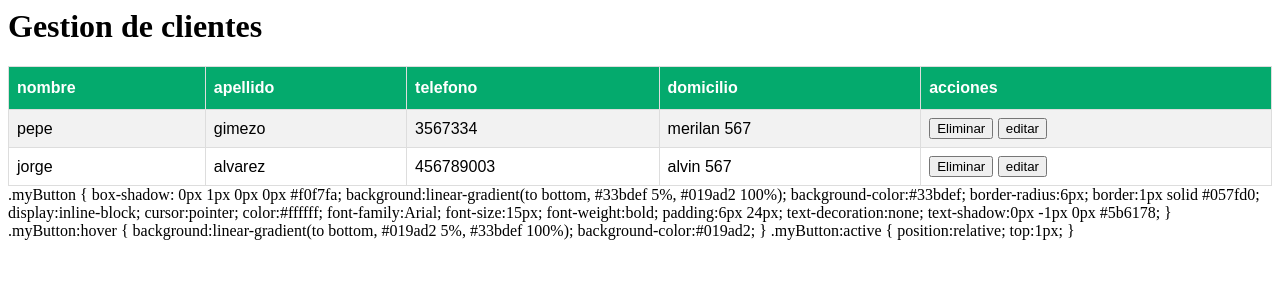
Repository: geraldine-ventura/Practicando.net
Page: index 2.html
The author's editor kept a copy of each file at every save. The page is drawn from the files as they stood at one save, then again after the next save.
The browser window is 1280 px wide. The pictures show the whole page.

Above is the page before, as saved 2022-12-20 11:16:10.

After the next save:
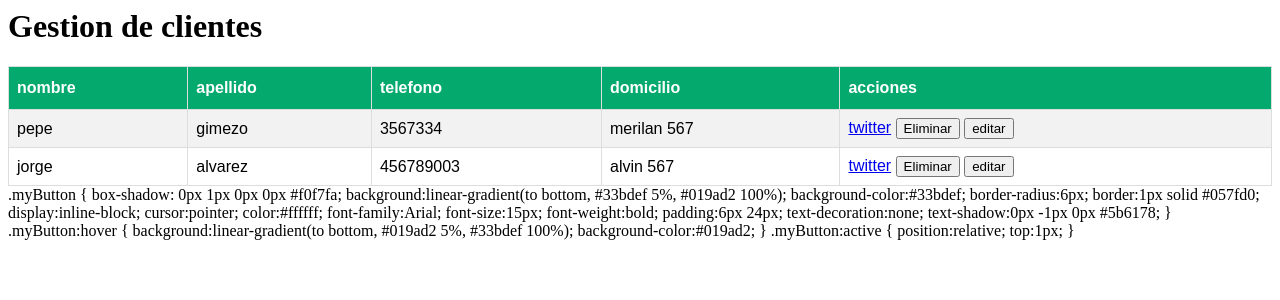
Saved 33 s later.
--- a/index 2.html
+++ b/index 2.html
@@ -13,6 +13,7 @@
         <td>3567334</td>
         <td>merilan 567</td>
         <td>
+         <a href="#" class="myButton">twitter</a>
           <button>Eliminar</button>
           <button>editar</button>
         </td>
@@ -23,6 +24,7 @@
         <td>456789003</td>
         <td>alvin 567</td>
         <td>
+            <a href="#" class="myButton">twitter</a>
             <button>Eliminar</button>
             <button>editar</button>
           </td>
